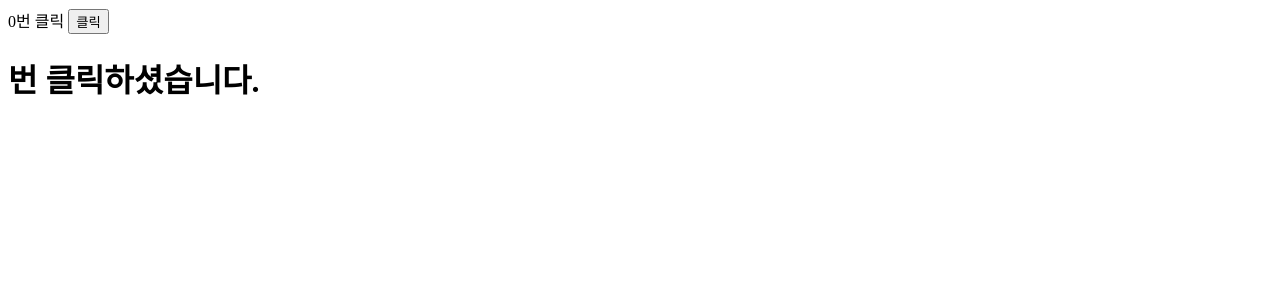
Repository: Jooheehan-kopo/web-workspace
Page: Lecture-web/WebContent/javascript/homework/Q.2.html
The author's editor kept a copy of each file at every save. The page is drawn from the files as they stood at one save, then again after the next save.
The browser window is 1280 px wide. The pictures show the whole page.

Above is the page before, as saved 2021-06-15 08:47:03.

### Lecture-web/WebContent/javascript/homework/Q.2.html
<!DOCTYPE html>
<html>
<head>
<meta charset="UTF-8">
<title>Insert title here</title>
<script>
	let cnt=''
	function clickBtn(){
		this.cnt++
	}
	window.onload=function(){
		let h1Tag = document.createElement("h1")
		let text = document.createTextNode(cnt+'번 클릭하셨습니다.')
		h1Tag.appendChild(text)
		document.body.appendChild(h1Tag)
	}

</script>
</head>
<body>
	0번 클릭
	<input type="button" value="클릭" onclick="clickBtn()">
</body>
</html>

After the next save:
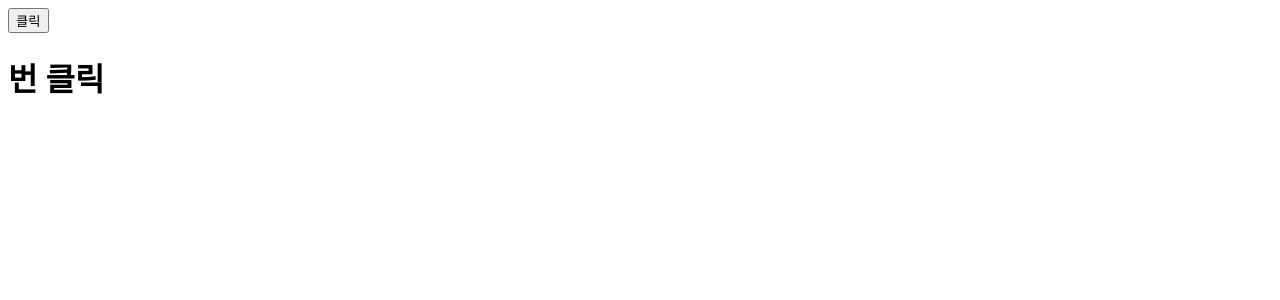
Saved 79 s later.
--- a/Lecture-web/WebContent/javascript/homework/Q.2.html
+++ b/Lecture-web/WebContent/javascript/homework/Q.2.html
@@ -10,7 +10,7 @@
 	}
 	window.onload=function(){
 		let h1Tag = document.createElement("h1")
-		let text = document.createTextNode(cnt+'번 클릭하셨습니다.')
+		let text = document.createTextNode(cnt+'번 클릭')
 		h1Tag.appendChild(text)
 		document.body.appendChild(h1Tag)
 	}
@@ -18,7 +18,7 @@
 </script>
 </head>
 <body>
-	0번 클릭
+
 	<input type="button" value="클릭" onclick="clickBtn()">
 </body>
 </html>
